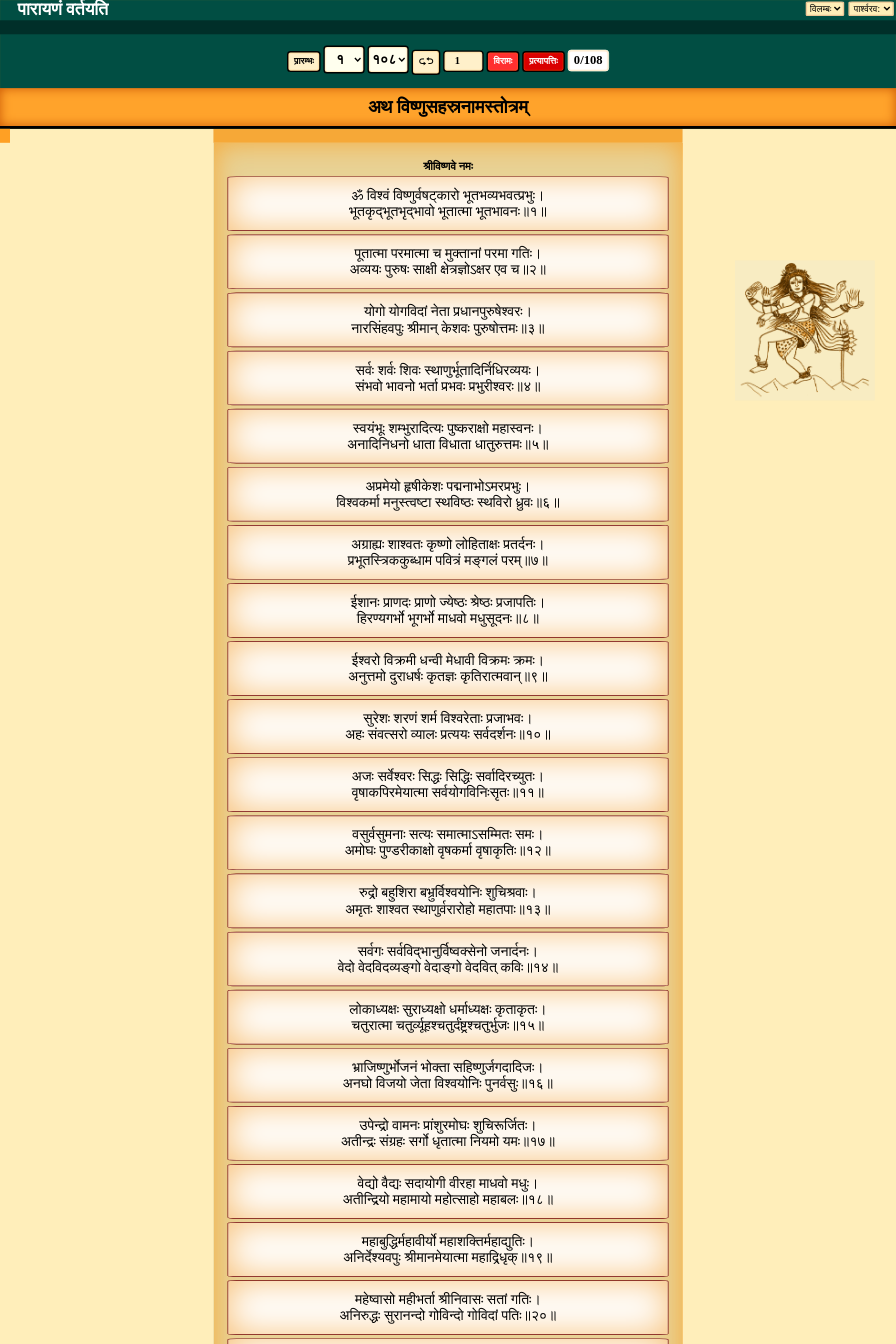
Repository: arshavak/vishnu-sahasranam
Page: index.html
An editor plug-in stored every save of this project. The page is shown before and after the next save, followed by the edit.
The browser window is 1280 px wide. The pictures show the part of the page from y = 0 to 1920 px (the page is 9271 px tall before and 9265 px after), at 70% of full size.

Above is the page before, as saved 2024-12-30 13:00:36.
Not found: scripts/sanskrittime.js

### index.html
<!DOCTYPE html>
<html>
<head>
<meta charset="UTF-8">
  <link rel="icon" type="image/png" href="style/backgrounds/23.png">
<title>विष्णुसहस्रनामस्तोत्रम्</title>
<meta name="viewport" content="width=device-width, initial-scale=1.0">
<link rel="stylesheet" type="text/css" href="style/style.css"/>
<!-- <link rel="stylesheet" type="text/css" href="style/themes.css"/> -->
</head>
<body class="body">
  <div class="player">
    <div class="Time">
      <span class="main-header">पारायणं वर्तयति</span>
      <div class="clock">
        <span id="ghanta" class="time-span"></span>
        <span id="minat" class="time-span"></span>
      </div>

      <select id="number" class="bgsound setting"></select>
      <select class="timeOut setting">
        <option value="">विलम्बः</option>
        <option value="2">2s</option>
        <option value="3">3s</option>
        <option value="5">5s</option>
        <option value="10">10s</option>
      </select>
  </div>
    <div class="topnavbar"></div>
      <input name="play_button" class="psuGrup play" type="button" value="प्रारम्भः"/>
      <select  id="selector1" class="From selector FromAndTo"></select>
      <select  id="selector2" class="To selector FromAndTo"></select>
      <input name="toggle_btn" type="checkbox" id="check"/>
      <input id="loop" class="loop" type="button" value="&#11150&#11148"/>
      <input id="repeat" value="1" max="99" min="1" type="number"/>
      <!-- <input id="speed" value="1" max="4" min=".5" step="0.1" type="number"/>   -->
      <input name="stop_button" class="psuGrup stop" type="button" value="विरामः"/>
      <input class="reset psuGrup" type="button" value="प्रत्यापत्तिः"/>
      <input id="suchna" type="button" class="psuGrup suchna"/>
      <div class="heading">अथ विष्णुसहस्रनामस्तोत्रम्</div>
      <div class="progress-container">
        <div class="progress-bar" id="myBar"></div>
      </div>
    </div>
      <div id="imageRight">
        <image class="image" src="style/backgrounds/0.png" width="200px" height="200px"></image>
      </div>
      <!-- <div id="imageLeft">
        <image class="image" src="style/backgrounds/0.png" width="200px" height="200px"></image>
      </div> -->
      <div class="timeStamp"></div>
      <div class="container"></div>
    <script type="text/javascript" src="scripts/visnusahastranamScript.js"></script>
    <script type="text/javascript" src="scripts/MainScript.js"></script>
    <script type="text/javascript" src="scripts/sanskrittime.js"></script>
  </body>

</html>

### style/style.css
/* Styles for the player container */
*{
margin:0px;
padding: 0px;
text-align: center;
/*background-color: #f8ecc2;*/
font-family:gargi;
}
html{
  scroll-behavior: smooth;
}
::-webkit-scrollbar{
  display: none;
}
body {
  /* background-image: url("backgrounds/jharna.jpg");
  background-repeat:no-repeat;
  background-size:cover;
  background-attachment:fixed; */
  scrollbar-width: none;
  -ms-overflow-style: none;
/* background-color: #e8d295; */
  background-color:#ffeeba
  ;
  /* border: 4px solid #000; */
}

/* #myVideo {
  position: fixed;
  right: 0;
  bottom: 0;
  min-width: 100%;
  min-height: 100%;
  z-index: 1;
} */

.heading{
  padding-bottom: 12px;
  padding-top: 12px;
  margin-top: 15px;
  background-color:#ffa32b;
  /* background-image: url("backgrounds/R.jpg");*/
  /* background-repeat:no-repeat;
  background-size:cover;
  background-attachment: fixed; */
  color: rgb(0, 0, 0);
  /* width: 100%; */
  position: relative;
  /* top:500; */
  font-weight: 800;
  /* text-shadow: 2px 2px 5px rgb(255, 170, 0); */
   font-size:26px;
   box-shadow: inset 0px 0px 15px #cb5805;

}

.progress-container {
  width: 100%;
  height: 4px;
  background: #000000;
}

.progress-bar {
  height: 4px;
  background: #ffa32b;
  width: 0%;
}

.topnavbar{
  position: relative;
  padding: 10px 10px 10px 10px;
  margin-bottom: 15px;
  background-color:#002f29;
 text-align: center;
 box-shadow: inset 0px 0px 0px #0a0a0a;
 /* height: 30px; */
 /* overflow: scroll; */
}

.Time{
    /* background-image: url("backgrounds/jharna.jpg"); */
    background-repeat:no-repeat;
    background-size:cover;
    background-attachment: fixed;
 /* margin-top: 5px; */
 padding: 0px;
 /* background-color: #d47500;
 box-shadow: inset 0px 0px 5px  #cb5805; */
 color: rgb(0, 0, 0);
 text-align: left;
  }


  .clock{
    padding: 1px 5px 1px 5px;
    position: fixed;
    left: 0px;
    background-color: #ffffff;
  color: rgb(0, 0, 0);
  box-shadow: inset 0px 0px 35px #ff9100;
  cursor: not-allowed;
  text-align: center;
  }

.time-span{
  cursor: not-allowed;
  padding: 1px 1px 1px 1px;

}


  .main-header{
    padding: 5px 5px 5px 5px;
    font-size: 25px;
    /* text-shadow: -3px 5px 5px rgb(55, 184, 164); */
    font-weight:800;
    color: #ffffff;
    margin-left: 20px;
  }



.setting{
  margin: 3px;
  float: right;
  border-radius: 8%;
  cursor: pointer;
  margin-top: 2px;
  display: block;
  background-color: #ffeeb8;
  border: 2px solid #edc696;
}

.timeStamp{
display: none;
background-color:#f8ecc2;
color :rgb(0, 0, 0);
position :fixed;
right :0px;
font-size :16px;
font-weight :900;
padding :4px 14px 4px 14px;
box-shadow: inset 0px 0px 15px #ff8e03;
border-radius: 5%;
  }

  .disabled-link{
  position: relative;
  text-decoration: none;
  text-transform: unset;
  font-size: 14px;
  background-color: #dac683;
  color: #000000;
  padding: 5px 10px 5px 10px;
  border-radius: 5%;
  font-weight: 600;
  border: .8px solid #efc899;
  margin-right: 5px;
}

.disabled-link:hover{
  background-color: #fff9a7;
  text-decoration: underline;
}

.player {
  display: block;
  position: fixed;
  top: 0px;
  align-items: center;
  /* background-image: url("backgrounds/astaSuraj.jpg");
  background-repeat:repeat;
  background-size:cover;
  background-attachment: fixed; */
  background-color:rgb(1 78 67);
  width: 99.99%;
  text-align:center;
  color: rgb(29, 1, 1);
  padding-top:0px;
  padding-bottom: 0px;
  box-shadow: inset 0px 0px 1px #ff8e03;

  /* border-bottom: 5px solid #893c01; */
  z-index: 1;
}

/* .bottons{
  background-color:#ff8808;
  display: inline-block;
  box-shadow: inset 0px 0px 25px #ff8e03;
} */

.suchna:active{
  background-color: none !important;
}


#suchna{
cursor:not-allowed;
color: rgb(0, 0, 0);
background-color: #fff;
font-size: 18px;
padding: 4px 8px 4px 8px;
border: 1px solid #ffe;
font-weight: 900;
}

#check{
  display: none;
}

.reset{
  background-color: rgb(218, 0, 0) !important;
  color: #ffffff !important;
}
.stop{
  background-color: rgb(255, 48, 48) !important;
  color: #ffffff !important;
}

/*Styles for the buttons*/
input[type="button"],input[type="number"]{
  padding: 5px 8px 5px 8px;
  margin: 1px 0px 4px 0;
  border: 2px solid #000;
  border-radius: 5px;
  background-color: #fff0ca;
  color: rgb(0, 0, 0);
  font-size: 13px;
  cursor: pointer;
  font-weight: 800;
  flex-direction: row;
  box-shadow: inset 0px 0px 2px #ff9100;
  outline: none;
}

input[type="number"]{
  padding: 5px 2px 5px 0px;
  margin: 1px 0px 4px 0px;
  border: 2px solid #000;
  border-radius: 5px;
  background-color: #fff0ca;
  color: rgb(0, 0, 0);
  font-size: 15px;
  cursor: pointer;
  font-weight: 800;
  flex-direction: row;
  box-shadow: inset 0px 0px 2px #ff9100;
  outline: none;
}

input[type="button"]:hover{
  background-color: #14ff76;
  color: #0b0b0b;
}


.selector{
  text-align:center;
  outline:none;
  /*background-color: rgb(98, 255, 101);*/
  border-radius: 5px;
  height: 40px;
  border: 2px solid #000;
  border-radius: 5px;
  background-color:#ffe;
  color: #000;
  font-size: 20px;
  cursor: pointer;
  font-weight: 800;
  flex-direction: row;
  /* padding: 3px 3px; */
  margin: 1px 0px 4px 0;
  box-shadow: inset 0px 0px 2px #ff9100;

}

/* Styles for the keys container */
.container {
position: relative;
/* z-index: -1; */
 /* display: inline-block;  */
word-wrap: break-word;
/* margin-top: 180px; */
font-size:16px ;
text-align:center;
padding: 25px 15px 40px 15px;
background-color: #e8d295;
width: 75%;
margin-left:auto;
margin-right:auto;
border-top: 20px solid #ff9100a1;
border-bottom: 20px solid #ff9100a1;
border-bottom-style: inset 0px 0px 40px #ff9100a1;;
border-top-style: inset 0px 0px 40px #ff9100a1;;
box-shadow: inset 0px 0px 40px #ff9100a1;
margin-top:0px;

}

label{
  font-size: 15px;
}
/* Styles for the key divs */
.key {
  /* display:inline-block; */
  /* flex-direction: column; */
  /* text-align: right; */
  /* width: 90%; */
  margin: 5px;
  border: .2px ridge #730000;
  border-radius: 2%;
  /* cursor: pointer; */
  transition: all 0.2s ease-in-out;
  font-size:20px;
  font-weight: 300;
  padding: 15px 5px 15px 5px;
  background-color: #ffffff;
  box-shadow: inset 0px 0px 50px #f7c077;

}

.key.active {
  border: 2px solid #c16b02;
  /* display:inline-block; */
  top: 200px;
  font-weight: 600;
  /* text-shadow: 1px 1px 4px rgb(255, 249, 70); */
  background-color: rgb(253, 253, 197);
  box-shadow: inset 6px 0px 5px  #ff9100 ;
  animation: blink .8s infinite;
  font-size: 25px;
}

@keyframes blink {
  50%{
    border: 2px solid #f2d56b;
    /* border-radius: 15%; */
    /* background-color: #fceba5; */
     box-shadow: inset 0px 0px 0px #ff9100;
  }
}

@keyframes indexblink {
  50%{
    /* border: 1px solid #000000; */
    /* border-radius: 15%; */
     background-color: #00e043;
     box-shadow: inset 0px 0px 0px #ff9100;
  }
}


.rbtn.for-repeat {
  background-color: rgb(40, 252, 29);
  color:rgb(0, 0, 0);
}

/* Styles for the audio elements */
audio {
  display: none !important;
}
#imageRight {
  z-index: -1;
  position: fixed;
  bottom:20%;
  right:30px;

}

#imageLeft {
  z-index: -1;
  position: fixed;
  bottom:20%;
  left:30px;
}

.title{
  margin-left: 10px;
  float: left;
}

@media screen and (max-width: 867px) {
  /* .container {top:50px;} */
   #imageRight,#imageLeft{
    display:none;
  }
}

@media screen and (max-width: 1200px) {
  /* .container {top:80px;} */
   #imageRight,#imageLeft{
    display:none;
  }

  .clock{
    display: none;
  }
}

@media screen and (max-width: 500px) {

  .setting{
    display: none;
  }

  .main-header{
    padding: 5px 5px 5px 5px;
    font-size: 25px;
    /* text-shadow: -3px 5px 5px rgb(55, 184, 164); */
    font-weight:800;
    color: #ffffff;

  }
}


@media screen and (min-width: 100px) {
  .container {
    width: 95%;
  }

}

@media screen and (min-width: 1200px) {
  .container {
    width: 50%;
  }
}

.disabled{
  cursor:not-allowed;
}

.disabled:hover{
  text-decoration: none;
  background-color: none;
}

/* .image{
  animation: lip .5s infinite
}
@keyframes lip {
  50%{
    width: 190px;
    height: 190px;

  }
} */

/*  */

/* a.index{
  font-size: 10px;
  line-height: 0px;
  padding: 0px 15px 0px 15px;
  margin-right: 10px;
  font-weight: 600;
  border-radius: 10px;
  cursor: pointer;
  text-decoration: none;
  color: rgb(0, 0, 0);
}

a.index:hover{
  text-decoration: none;
  color: #ff2121;
} */

/* .indeX{
  background-color: wheat !important;
  font-size: 16px;
  cursor: pointer;
  margin-right: 5px;
}

.indeX:hover{
  text-decoration: none;
} */
/* .cot{
  display: none;
}
 */

### scripts/MainScript.js
const topnavbar = document.querySelector(".topnavbar");
function createLinks() {
  // Create an array of objects with URL and link text
  const links = [

    { url: 'YogSutrani.php', text: 'योगसूत्राणि' },
    { url: 'VisnuSahastranam.php', text: 'विष्णुसहस्रम्' },
    { url: 'SankhyaKarika.php', text: 'साङ्ख्यकारिका' },
    { url: 'Ast_1_1.php', text: 'अष्टाध्यायी(१.१)' }
  ];
  // Loop through the array and create links
  for (let i = 0; i < links.length; i++) {
    const link = document.createElement('a');
    link.setAttribute('target', '_blank');
    link.setAttribute('class', 'disabled-link');
    link.href = links[i].url;
    link.textContent = links[i].text;
    topnavbar.appendChild(link); // Append link to the topnavbar
  }
}
// Call the function to create links
// createLinks();

//current page link disaable function
const currentUrl = window.location.href;
const disabledLinks = document.querySelectorAll(".disabled-link");

// var links =[];
//   var currWin = window;
//   for(var i =0; i<currWin.document.links.length; i++){
//     links.push(currWin.document.links[i].href);
//   }

disabledLinks.forEach(link => {
if(link.href === currentUrl){
  link.addEventListener("click", e => {
    e.preventDefault();
  });
  link.classList.add("disabled");
 }
});


// function for repeating selection
var repeats = "";
var inp = document.getElementById("repeat");
inp.addEventListener("input", ()=>{
  repeats=inp.value;
});




// const Allrepeatbtns = document.querySelectorAll(".rbtn");
// let activeBtn = null;
// Allrepeatbtns.forEach((ript)=> {
//   ript.addEventListener("click", () => {
//     if (activeBtn && activeBtn !== ript) {
//       activeBtn.classList.remove("for-repeat");
//     }
//     else if (activeBtn === ript) {
//       ript.classList.remove("for-repeat");
//       activeBtn = null;
//       repeats = 0;
//       return;
//     }
//     // repeats = ript.value.charAt(0);
//     repeats = document.getElementById("repeat").value;
//     ript.classList.add("for-repeat");
//     activeBtn = ript;
//   })
// });
// Add click event listeners to the play and stop buttons
const stopButton = document.querySelector('[name="stop_button"]');
const playButton = document.querySelector('[name="play_button"]');
const checkBox = document.querySelector('#check');
const timeOutSecind = document.querySelector(".timeOut");
var speed = document.querySelector("#speed");
let audio;
let audioDuration;
//  let num = 0;
playButton.addEventListener('click', () => {
  //  if(num===0){
  //    num = 1;
  //   playButton.value = "pause";
  let startIndex = selector1.value - 1;
  let lastIndex = selector2.value;
   const playNextKey = () => {
    if(audio){
      audio.pause();
      audio.currentTime = 0;
       keys.forEach(key => {
      key.classList.remove('active');
      });
    }
    if (startIndex < lastIndex) {
      const key = keys[startIndex];
      audio = key.querySelector('audio');
      let playCount = 0;
      const playOnce = () => {
        if (playCount < (Number(repeats))-1) {
        //    if(playCount!==1) {
        //      audio.volume = .1;
        //      audio.playbackRate = 1.5;
        //  }
          setTimeout(() => {
          audioDuration = audio.duration;
          audio.playbackRate = speed.value;
          audio.play();
          playCount++;
          }, timeOutSecind.value*1000);
        } else {
          audio.removeEventListener('ended', playOnce);
          setTimeout(() => {
            key.classList.remove('active');
            playNextKey();
          }, timeOutSecind.value*1000);
        }
      };
      audioDuration = audio.duration;
      audio.currentTime = 0;
      audio.playbackRate = speed.value;
      audio.play();
      audio.addEventListener('ended', playOnce );
      audio.addEventListener('play', scrollActiveDiv );
      audio.addEventListener("play", playButtonStyleAdd);
      audio.addEventListener('ended', playButtonStyleRemove);
      audio.addEventListener("play", indexUpdate);
      audio.addEventListener("ended", timerOutput)
      key.classList.add('active');
      startIndex++;
      // audio.removeEventListener("ended", timerOutput);

      // chacking the Loopbutton is chacked or not checked
        if(checkBox.checked && startIndex == lastIndex){
          // alert("Please");
          startIndex = selector1.value - 1;
      }
    }
  };

  playNextKey();
// }else{
//   playButton.value = "play";
//   audio.pause();
//   num = 0;
// }
});


// Add click event listeners to the stop button
stopButton.addEventListener('click', () => {
  // playButton.value = "play";
   window.scrollTo(0, 0);
  // hideSpeackerSymbol();
  playButton.style.backgroundColor = "";
  playButton.style.color = "";
  keys.forEach(key => {
    const audio = key.querySelector('audio');
    audio.pause();
    audio.currentTime = 0;
    key.classList.remove('active');
  });
  bgsound.pause();
});

// Reset the current audio element
window.scrollTo({top:0, behavior: 'smooth'});
const reset = document.querySelector(".reset");
reset.addEventListener('click', () => {
// window.scrollTo({top:0, behavior: 'smooth'});
// setTimeout(() => {
location.reload();
// },1000);
});


  //buttons for loop
  const loopbtn = document.querySelector(".loop");
  const checkbox = document.querySelector("#check");
  loopbtn.addEventListener("click",  ()=> {
  checkbox.checked = !checkBox.checked;
  if(checkBox.checked){
    loopbtn.style.backgroundColor = "rgb(40, 252, 29)";
    loopbtn.style.color = "#000";
    // document.querySelector(".From").disabled = false;
    // document.querySelector(".To").disabled = false;

  }else{
    loopbtn.style.backgroundColor = "";
    loopbtn.style.color = "";
    // document.querySelector(".From").disabled = true;
    // document.querySelector(".To").disabled = true;

  }
  });

//background sounds 1111111111111111111
  const selector = document.querySelector('#number');
  for(var i=0; i<50; i++) {
    var option = document.createElement('option');
    option.text = "ध्वनिः "+ (i);
    option.value = i;
    selector.appendChild(option);
  }

  const firstOption = selector.querySelector("option:first-child");
  firstOption.textContent = "पार्श्वरव:"

  //background sounds 222222222222222222
let soundNumber = document.querySelector("#number");
soundNumber.style.outline = "none";
let bgsound;
selector.addEventListener("change", function backgroundMusic(){
  if (bgsound) {bgsound.pause();}
  bgsound = new Audio(`prishthbhumi-dhvani/dhvani (${soundNumber.value}).mp3`);
  bgsound.loop = true;
  bgsound.volume = 0.5;
  bgsound.play();
});

//scrolling to top of screen
function scrollActiveDiv() {
  const activeDiv = document.querySelector('.active');
  if (activeDiv) {
    const activeDivPosition = activeDiv.offsetTop;
    window.scrollTo({
      top: activeDivPosition - 150,
      behavior: 'smooth'
    });
  }
}


// function for indexUpdate
const indexUpdating = document.querySelector("#suchna");
indexUpdating.value = "0" + "/" + divLen;
function indexUpdate(){
const suchna = document.querySelector("#suchna");
let activeIndex = 1;
for (let i = 1; i < divLen; i++){
  if(keys[i].classList.contains("active")){
    activeIndex = i+1;
    break;
  }
}
suchna.value = activeIndex +"/"+ divLen;
}



//function for Timer
const timeStamp = document.querySelector(".timeStamp");
function timerOutput(){
  let count = timeOutSecind.value;
  let timer = setInterval(function(){
    timeStamp.style.display = "block";

    count--;
    if(count < 10){
      timeStamp.innerHTML = "प्रतीक्षस्व"+ " " + "00" + ":0" + count;
    }else{
      timeStamp.innerHTML = "प्रतीक्षस्व"+ " " + "00" + ":" + count;
    }
     if(count<=0){
      clearInterval(timer);
      timeStamp.style.display = "none";

    }
  },1000);
  document.body.appendChild(timeStamp);
}


// play Button Style
function playButtonStyleAdd(){
  playButton.style.backgroundColor = "rgb(40, 252, 29)";
  playButton.style.color = "#000";
  }
  function playButtonStyleRemove(){
   playButton.style.backgroundColor = "";
   playButton.style.color = "";
   }


//function for index blinking
let n = 0;
function blinking() {
// const play_button = document.querySelector('[name="play_button]')
if(n==0 && playButton.style.backgroundColor === "rgb(40, 252, 29)"){
indexUpdating.style.animation = "indexblink 1s infinite";
n = 1;
}else{
  indexUpdating.style.animation = "";
n = 0;
}
}
setInterval(blinking,2000);

// setTimeout(windowUpdate,2000);
// window risize for time div
const clock = document.querySelector(".clock");
window.addEventListener("resize",windowUpdate);
window.addEventListener("load",windowUpdate);
function windowUpdate(){
const player = document.querySelector(".player");
const playerHeight = player.offsetHeight;
 timeStamp.style.top = playerHeight + "px";
 container.style.top =   playerHeight + "px";
 clock.style.top =   playerHeight + "px";
}



// When the user scrolls the page, execute myFunction
window.onscroll = function() {myFunction()};
function myFunction() {
  var winScroll = document.body.scrollTop || document.documentElement.scrollTop;
  var height = document.documentElement.scrollHeight - document.documentElement.clientHeight;
  var scrolled = (winScroll / height) * 100;
  document.getElementById("myBar").style.width = scrolled + "%";
}



// const digitsMap = {
//   // देवनागरी लिपि के वर्णक्रम को बांग्ला लिपि के वर्णक्रम में बदलें।
//     'अ': 'অ',
//     'आ': 'আ',
//     'इ': 'ই',
//     'ई': 'ঈ',
//     'उ': 'উ',
//     'ऊ': 'ঊ',
//     'ए': 'এ',
//     'ऐ': 'ঐ',
//     'ओ': 'ও',
//     'औ': 'ঔ',
//     'क': 'ক',
//     'ख': 'খ',
//     'ग': 'গ',
//     'घ': 'ঘ',
//     'ङ': 'ঙ',
//     'च': 'চ',
//     'छ': 'ছ',
//     'ज': 'জ',
//     'झ': 'ঝ',
//     'ञ': 'ঞ',
//     'ट': 'ট',
//     'ठ': 'ঠ',
//     'ड': 'ড',
//     'ढ': 'ঢ',
//     'ण': 'ণ',
//     'त': 'ত',
//     'थ': 'থ',
//     'द': 'দ',
//     'ध': 'ধ',
//     'न': 'ন',
//     'प': 'প',
//     'फ': 'ফ',
//     'ब': 'ব',
//     'भ': 'ভ',
//     'म': 'ম',
//     'य': 'য',
//     'र': 'র',
//     'ल': 'ল',
//     'व': 'ব',
//     'श': 'শ',
//     'ष': 'ষ',
//     'स': 'স',
//     'ह': 'হ',
//     'ा': 'া',
//     'ि': 'ি',
//     'ी': 'ী',
//     'ु': 'ু',
//     'ू': 'ূ',
//     'ृ': 'ৃ',
//     'े': 'ে',
//     'ै': 'ৈ',
//     'ो': 'ো',
//     'ौ': 'ৌ',
//     'ं': 'ং',
//     'ः': 'ঃ',
//     '।': '।',
//     '॥': '॥',

// };

// const elements = document.getElementsByTagName('*');

// for (let i = 0; i < elements.length; i++) {
//   const element = elements[i];

//   for (let j = 0; j < element.childNodes.length; j++) {
//     const node = element.childNodes[j];

//     if (node.nodeType === 3) {
//       const text = node.nodeValue;
//       const replacedText = text.replace(/[अआइईउऊऋएऐओऔकखगघङचछजझञ]/g, function(match) {
//         return digitsMap[match];
//       });

//       if (replacedText !== text) {
//         element.replaceChild(document.createTextNode(replacedText), node);
//       }
//     }
//   }
// }




// // सभी audio टैगों को प्राप्त करें
// const audios = document.querySelectorAll('audio');
// // सभी span टैगों को प्राप्त करें
// const spans = document.querySelectorAll('span.indeX');
// // सभी span टैग पर क्लिक करने के लिए एक लूप चलाएं
// spans.forEach((span) => {
//   // क्लिक करने पर संगीत बंद करें और अगला संगीत चलाएं
//   span.addEventListener('click', () => {
//     // सभी ऑडियो टैगों को बंद करें
//     audios.forEach((audio) => {
//       audio.pause();
//       audio.currentTime = 0;
//     });
//     // वर्तमान ऑडियो टैग को चलाएं
//     const audio = span.parentElement.querySelector('audio');
//     audio.play();

//     // सभी divs से active क्लास हटाएं
//     const divs = document.querySelectorAll('.key');
//     divs.forEach((div) => {
//       div.classList.remove('active');
//       audio.addEventListener("ended",  () => {
//         div.classList.remove('active');
//       });
//     });
//     // वर्तमान div को active क्लास दें
//     const currentDiv = audio.parentElement;
//     currentDiv.classList.add('active');
//   });
// });
//  setTimeout(()=>{

//   var text = document.body.innerHTML;
//   var regex1 = /॥(.*?)॥/g;
//   var result1 = text.replace(regex1,'॥<span class="cot">$1</span>');
//  document.body.innerHTML = result1;
//  },2000)

Loaded but not shown: scripts/visnusahastranamScript.js (library)

After the next save:
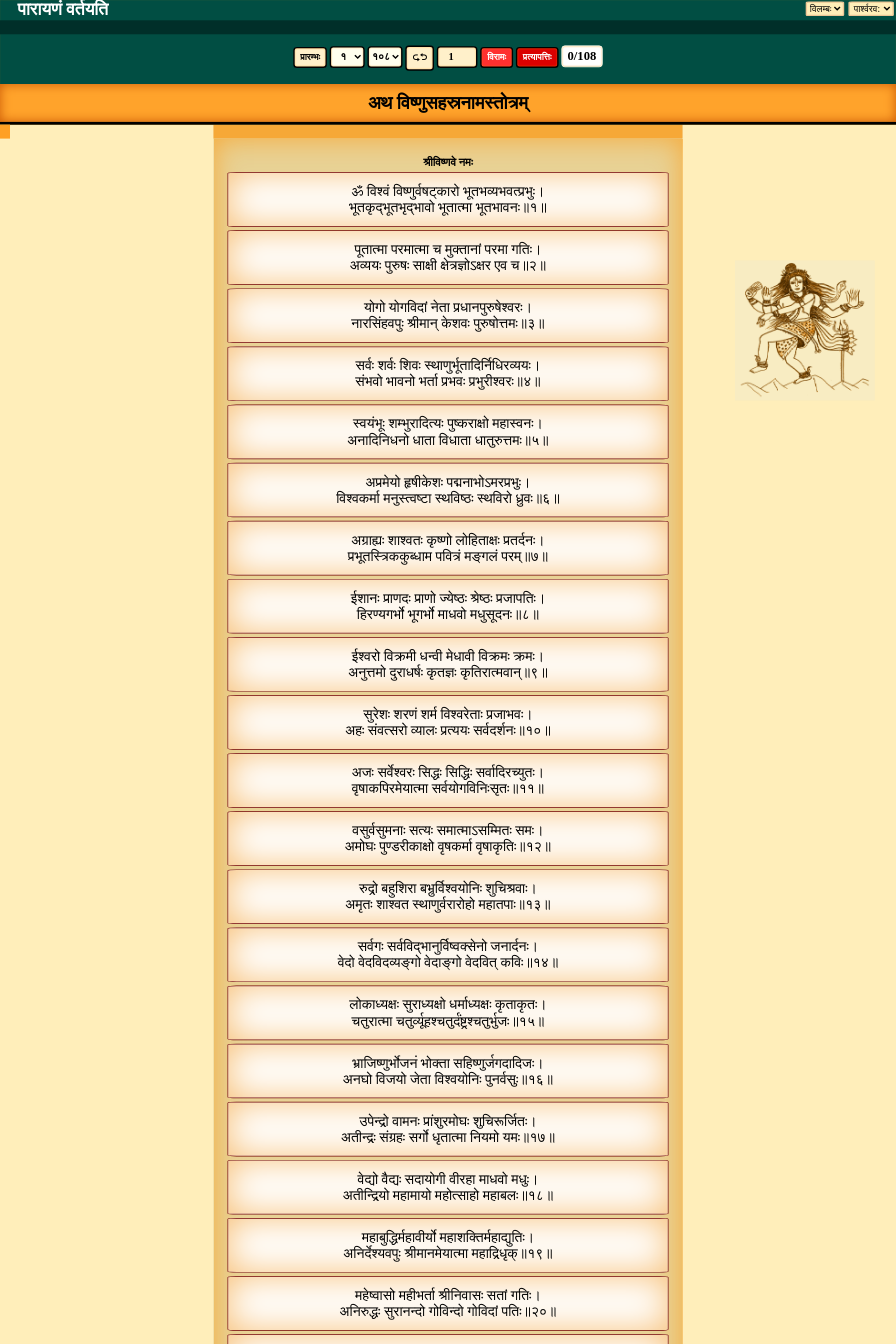
Saved 75 s later.
--- a/style/style.css
+++ b/style/style.css
@@ -260,12 +260,12 @@ input[type="button"]:hover{
   outline:none;
   /*background-color: rgb(98, 255, 101);*/
   border-radius: 5px;
-  height: 40px;
+  height: 31px;
   border: 2px solid #000;
   border-radius: 5px;
   background-color:#ffe;
   color: #000;
-  font-size: 20px;
+  font-size: 15px;
   cursor: pointer;
   font-weight: 800;
   flex-direction: row;
